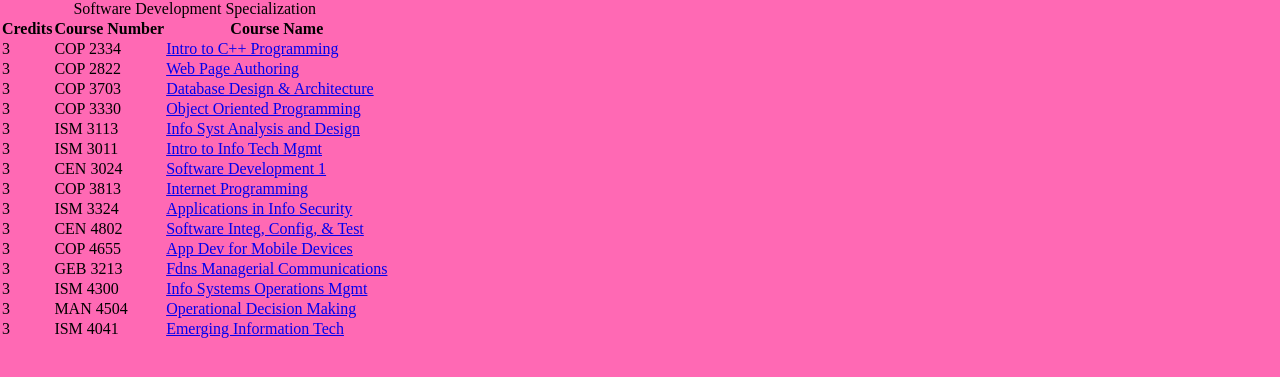
Repository: mlmEFSC21/P3-DegreeSpecializationTable
Page: index.html
An editor plug-in stored every save of this project. The page is shown before and after the next save, followed by the edit.
The browser window is 1280 px wide. The pictures show the whole page.
Some web fonts or font styles are not loaded; a fallback is used.

Above is the page before, as saved 2022-02-01 20:43:20.

After the next save:
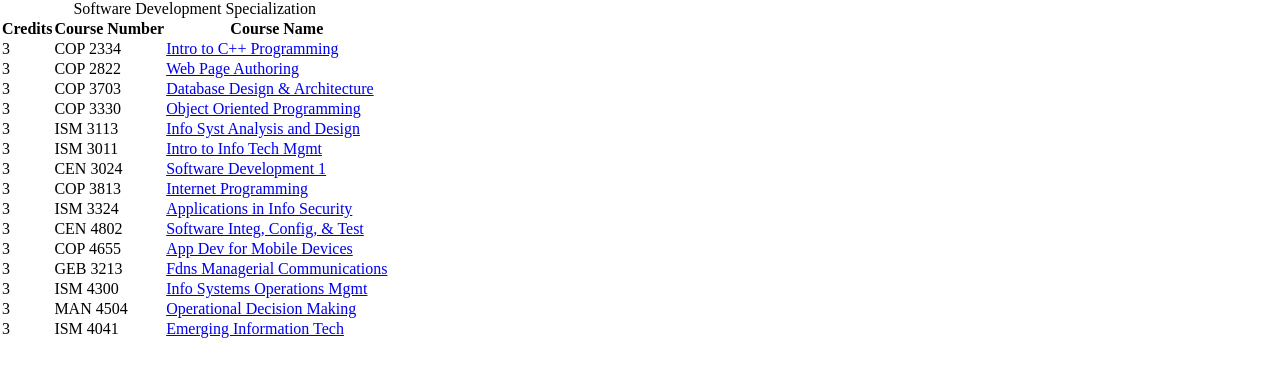
Saved 6 s later.
--- a/tableStyles.css
+++ b/tableStyles.css
@@ -15,5 +15,4 @@
     box-sizing: border-box;
 }
 body {
-    background-color: hotpink;
 }
